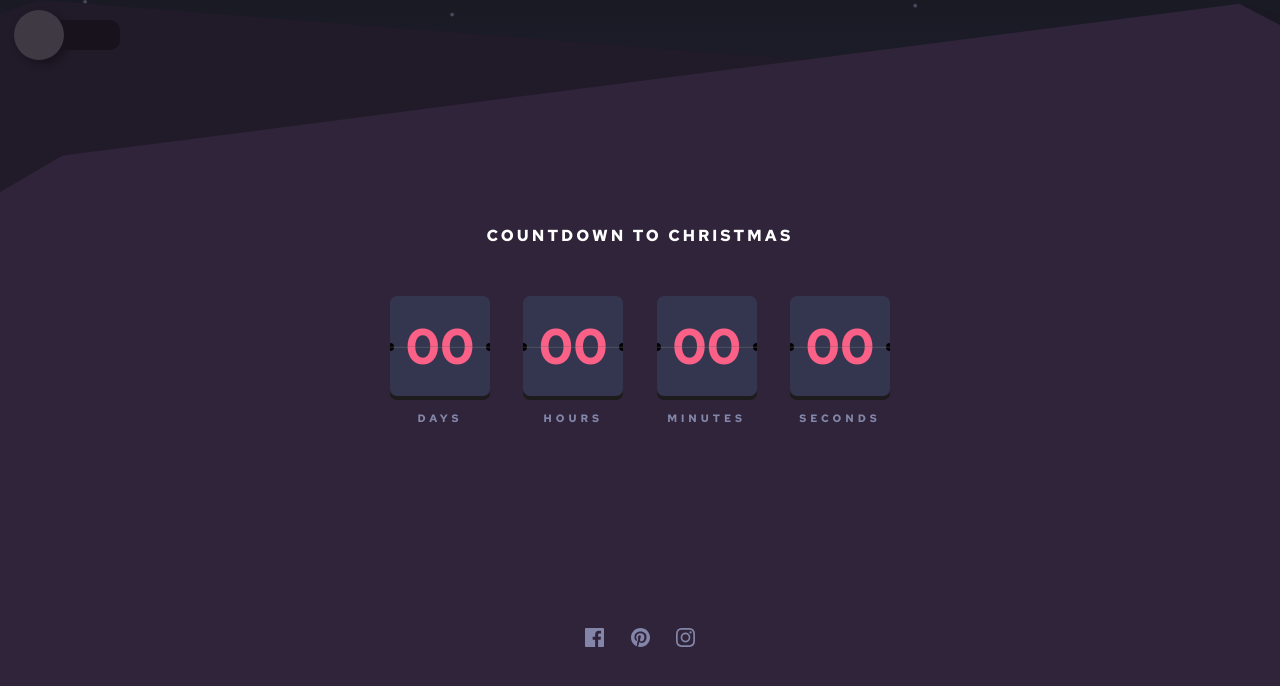
Repository: Eugene44-hub/countdown
Page: index.html
An editor plug-in stored every save of this project. The page is shown before and after the next save, followed by the edit.
The browser window is 1280 px wide. The pictures show the whole page.
After loading, the first visible `div.toggle` was clicked once.

Above is the page before, as saved 2021-09-13 03:01:49.

### index.html
<!DOCTYPE html>
<html lang="en">

<head>
    <meta charset="UTF-8">
    <meta http-equiv="X-UA-Compatible" content="IE=edge">
    <meta name="viewport" content="width=device-width, initial-scale=1.0">
    <title>Document</title>
    <link rel="stylesheet" href="style.css">
</head>

<body>
    <div class="box">
        <div class="toggle"></div>
    </div>

    <div class="container">

        <div class="timer">
            <h4 class="col10">countdown to christmas</h4>
            <div>
                <div class="card">
                    <div class="circle"></div>
                    <div class="circle circle2"></div>
                    <p id="days">00</p>
                    <hr>
                </div>
                <h6>days</h6>
            </div>
            <div>
                <div class="card">
                    <div class="circle"></div>
                    <div class="circle circle2"></div>
                    <p id="hours">00</p>
                    <hr>
                </div>
                <h6>hours</h6>
            </div>
            <div>
                <div class="card">
                    <div class="circle"></div>
                    <div class="circle circle2"></div>
                    <p id="minutes">00</p>
                    <hr>
                </div>
                <h6>minutes</h6>
            </div>
            <div>
                <div class="card">
                    <div class="circle"></div>
                    <div class="circle circle2"></div>
                    <p id="seconds">00</p>
                    <hr>
                </div>
                <h6>seconds</h6>
            </div>

        </div>
        <footer>
            <div class="social-media" id="facebook">
                <a href=""><img src="images/icon-facebook.svg"></a>
            </div>
            <div class="social-media" id="pinterest">
                <a href="">
                    <img src="images/icon-pinterest.svg">
                </a>
            </div>
            <div class="social-media" id="instagram">
                <a href="">
                    <img src="images/icon-instagram.svg">
                </a>
            </div>



        </footer>
    </div>

    <script src="app.js"></script>

</body>

</html>

</html>

### style.css
    @import url('https://fonts.googleapis.com/css2?family=Red+Hat+Text:wght@700&display=swap');
    * {
        padding: 0;
        margin: 0;
        box-sizing: border-box;
    }

    body {
        /* background-color: hsl(235, 16%, 14%); */
        /* background-color: hsl(234, 17%, 12%); */
        background-image: url('images/pattern-hills.svg'), url('images/bg-stars.svg'), linear-gradient( hsl(235, 18%, 12%), hsl(236, 21%, 26%));
        background-position: bottom, top;
        background-repeat: no-repeat, repeat;
        background-size: contain;
        background-attachment: fixed;
        font-family: 'Red Hat Text';
    }

    .container {
        display: flex;
        width: 100%;
        height: 500px;
        flex-wrap: wrap;
        text-align: center;
    }

    .col10 {
        flex: 100%;
        margin: auto;
    }

    h4 {
        color: white;
        padding: 50px;
        text-transform: uppercase;
        letter-spacing: 3px;
    }

    h6 {
        color: white;
        text-transform: uppercase;
        margin-top: 15px;
        color: hsl(237, 18%, 59%);
        letter-spacing: 4px;
    }

    .timer {
        margin: auto;
        display: flex;
        flex-wrap: wrap;
        justify-content: space-between;
        max-width: 500px;
    }

    .card {
        background-color: hsl(236, 21%, 26%);
        width: 100px;
        height: 100px;
        position: relative;
        overflow: hidden;
        box-shadow: 0px 4px rgb(29, 27, 27);
        border-radius: 7px;
        display: flex;
    }

    p {
        font-size: 50px;
        color: hsl(345, 95%, 68%);
        margin: auto;
    }

    .circle {
        border-width: 4px;
        border-radius: 50%;
        border-color: black;
        border-style: solid;
        height: 1px;
        position: absolute;
        left: -4px;
        top: 47%;
    }

    .circle2 {
        left: 96px;
    }

    hr {
        position: absolute;
        width: 100%;
        top: 50%;
        left: 0%;
        border-color: rgb(158, 158, 158);
        opacity: 0.2;
    }

    footer {
        display: flex;
        justify-content: space-between;
        flex: 100%;
        max-width: 130px;
        position: absolute;
        bottom: 5%;
        left: 50%;
        transform: translate(-50%, -50%);
    }

    img {
        width: 100%
    }

    .social-media {
        width: 30%;
        padding: 10px;
    }

    img:hover {
        background-color: hsl(345, 95%, 68%);
    }

    .box {
        background-color: black;
        height: 30px;
        width: 100px;
        position: relative;
        transition: all 0.5s;
        border-radius: 10px;
        margin-left: 20px;
        margin-top: 20px;
        opacity: 0.3;
    }

    .toggle {
        top: -10px;
        background-color: grey;
        height: 50px;
        width: 50px;
        box-shadow: 4px 4px 10px black;
        border-radius: 50%;
        position: absolute;
        left: -6px;
        transition: all 0.5s;
    }

    @media screen and (max-width: 720px) {
        .timer {
            max-width: 100%;
            padding: 2px;
        }
        body {
            background-size: auto;
        }
    }
    /* timer color  hsl(345, 95%, 68%)
timer card color hsl(237, 18%, 59%)
* /

### app.js
setInterval(e => {
    const days = document.querySelector('#days');
    const hours = document.querySelector('#hours');
    const minutes = document.querySelector('#minutes');
    const seconds = document.querySelector('#seconds');
    //Actual values
    const proposed = new Date('2021-12-25');
    const current = new Date();

    const proArr = [proposed.getHours(), proposed.getMinutes(), proposed.getSeconds(), proposed.getDay(), proposed.getMonth()];
    let daysTo, hoursTo, minutesTo, secondsTo;

    daysTo = (((proArr.at(-1) * 31) - 7) + proposed.getDate()) - (((current.getMonth() * 31) - 5) + current.getDate());
    hoursTo = (24 - current.getHours());
    minutesTo = (60 - current.getMinutes());
    secondsTo = (60 - current.getSeconds());

    days.textContent = daysTo;
    hours.textContent = hoursTo;
    minutes.textContent = minutesTo;
    seconds.textContent = secondsTo;
}, Infinity)

const box = document.querySelector('.box')
const toggle = document.querySelector('.toggle');
toggle.addEventListener('click', e => {
    if (toggle.style.left == '-6px') {

        toggle.style.left = '50px'
        box.style.backgroundColor = 'white';
        document.body.style.backgroundImage = " url('images/snow-clipart-620123-ields-covered-with-snow-under-a-b-Stock-Vector.jpg')";
        document.body.style.backgroundRepeat = 'no-repeat';
        document.body.style.backgroundSize = 'cover'


    } else {
        toggle.style.left = '-6px'
        box.style.backgroundColor = 'black';
        document.body.style.backgroundImage = " url('images/pattern-hills.svg'), url('images/bg-stars.svg'), linear-gradient( hsl(235, 18%, 12%), hsl(236, 21%, 26%))"
        document.body.style.backgroundRepeat = 'no-repeat';
        document.body.style.backgroundSize = 'auto'
        document.body.style.backgroundSize = 'cover'
    }
})







//calculation starts
// console.log((((proArr.at(-1) * 31) - 7) + proposed.getDate()) - (((current.getMonth() * 31) - 5) + current.getDate()) + 'days to christmas');
// console.log('hours:' + (24 - current.getHours()));
// console.log('minutes:' + (60 - current.getMinutes()));
// console.log('seconds:' + (60 - current.getSeconds()));
//claculations end


// console.log('proposed days:' + (((proArr.at(-1) * 31) - 7) + proposed.getDate()));
// console.log('current days:' + (((current.getMonth() * 31) - 5) + current.getDate()));
//test
// let cal = proposed. - current;
// console.log(proposed);
// console.log(current.getDate());
// console.log(proArr.at(-1) + 1);
// let another = new Date(cal);
// console.log(another)
//359-253 propsed day - current day(mth*31-7) for september minus 6

After the next save:
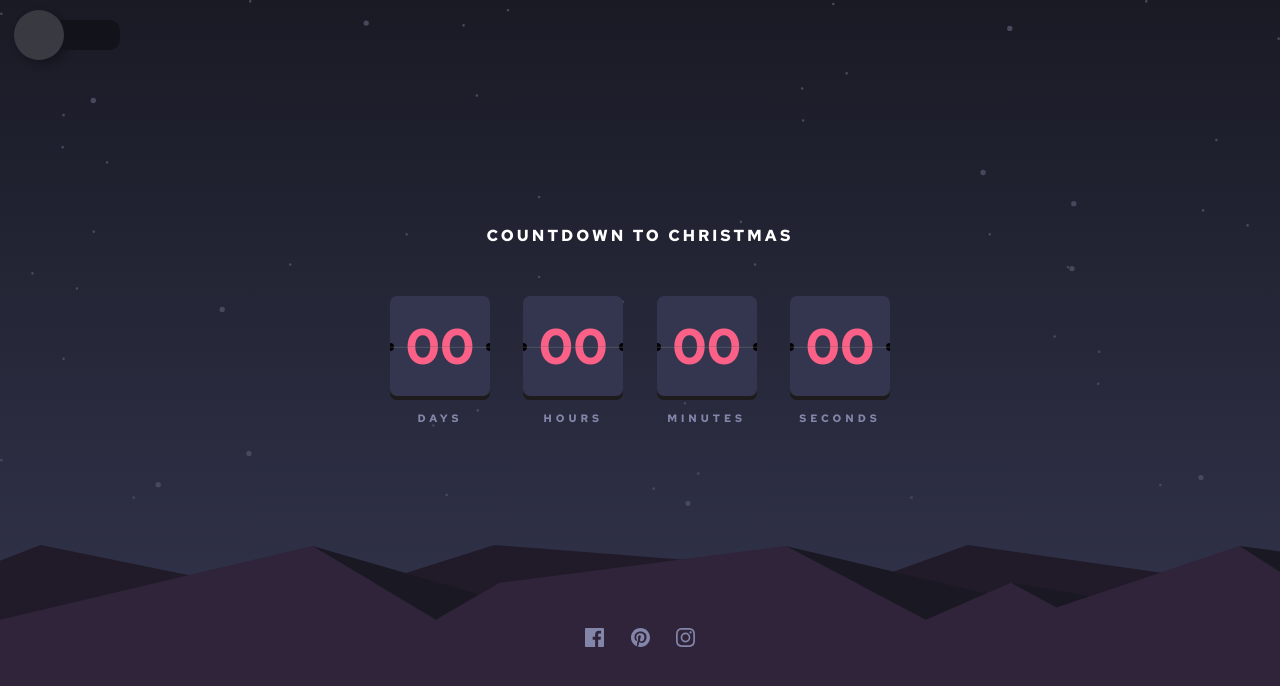
Saved 5 s later.
--- a/app.js
+++ b/app.js
@@ -39,7 +39,7 @@
         document.body.style.backgroundImage = " url('images/pattern-hills.svg'), url('images/bg-stars.svg'), linear-gradient( hsl(235, 18%, 12%), hsl(236, 21%, 26%))"
         document.body.style.backgroundRepeat = 'no-repeat';
         document.body.style.backgroundSize = 'auto'
-        document.body.style.backgroundSize = 'cover'
+        document.body.style.backgroundSize = 'contain'
     }
 })
 

After the save that followed:
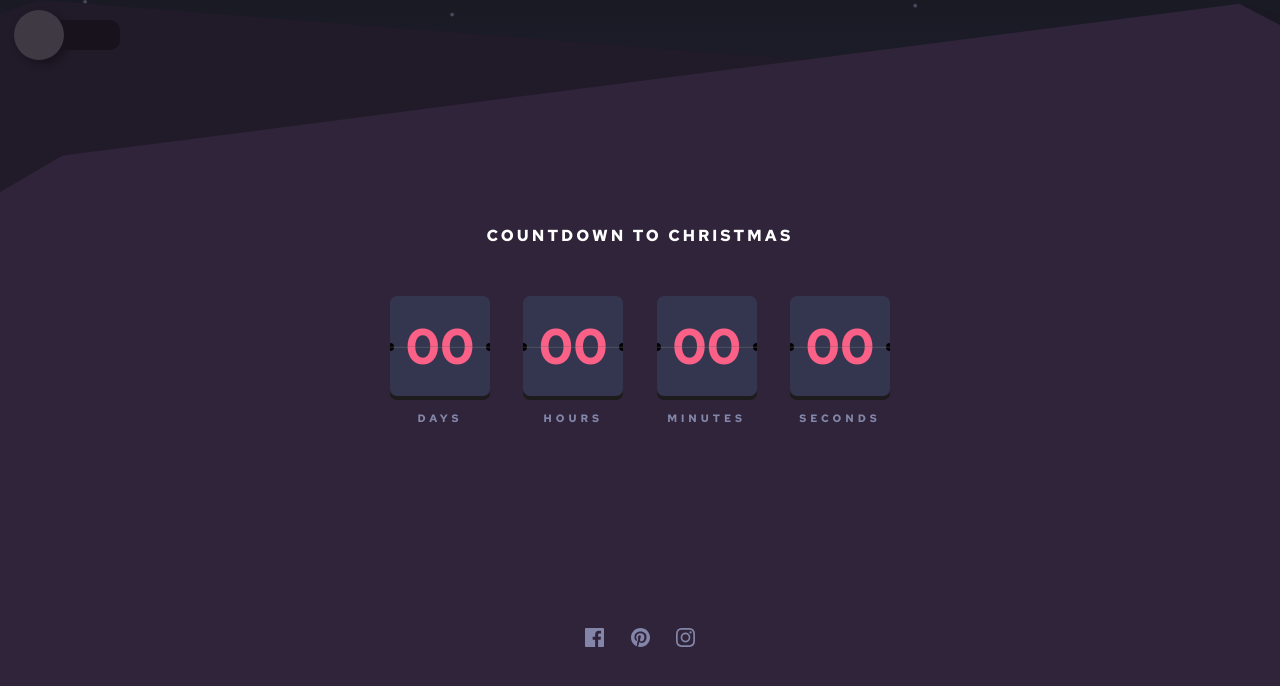
Saved 14 s later.
--- a/app.js
+++ b/app.js
@@ -39,7 +39,7 @@
         document.body.style.backgroundImage = " url('images/pattern-hills.svg'), url('images/bg-stars.svg'), linear-gradient( hsl(235, 18%, 12%), hsl(236, 21%, 26%))"
         document.body.style.backgroundRepeat = 'no-repeat';
         document.body.style.backgroundSize = 'auto'
-        document.body.style.backgroundSize = 'contain'
+        document.body.style.backgroundSize = 'cover'
     }
 })
 
